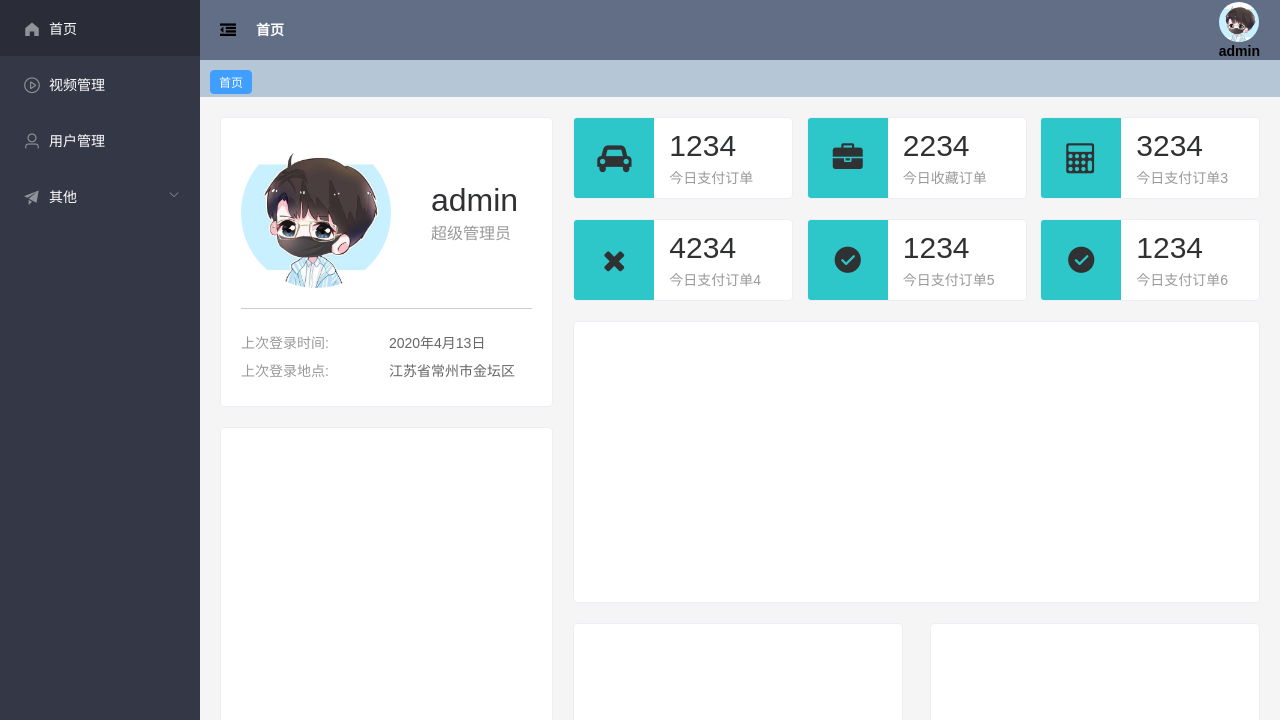
Repository: coWhy/vue-manage
Page: /
The author's editor kept a copy of each file at every save. The page is drawn from the files as they stood at one save, then again after the next save.
The browser window is 1280 px wide. The pictures show the whole page.
An inner scrolling area shows only its first screen. The project was rebuilt for these pictures with package versions that can differ from the ones it lists, and the page was loaded fresh each time. Also part of the build but not shown: vue.config.js.

Above is the page before, as saved 2020-04-13 23:56:14.

### src/main.js
import Vue from 'vue'
import App from './App.vue'
import router from './router'
import store from './store'
// 全局配置样式
import '@/assets/scss/reset.scss'
import '@/assets/font-awesome-4.7.0/css/font-awesome.css'
// 第三方包
import ElementUI from 'element-ui'
import 'element-ui/lib/theme-chalk/index.css'
// 自定义全局插件
import http from '@/plugins/http' // 自定义全局axios
// 引入Mock 主要是用于前端模拟使用 使用时 记得注释掉
import './mock'

Vue.config.productionTip = false
Vue.use(http)
console.log(
  `当前所处开发环境:【${process.env.NODE_ENV}】| 路由为: 【${process.env.VUE_APP_URL}】`
)
Vue.use(ElementUI)
new Vue({
  router,
  store,
  render: h => h(App)
}).$mount('#app')

### src/App.vue
<template>
  <div id="app">
    <router-view />
  </div>
</template>

<style lang="scss">
#app {
  // color: $theme-color;
  height: 100vh;
}
</style>

### src/router/index.js
import Vue from 'vue'
import VueRouter from 'vue-router'
//
const originalPush = VueRouter.prototype.push
VueRouter.prototype.push = function push(location) {
  return originalPush.call(this, location).catch(err => err)
}
Vue.use(VueRouter)

const routes = [
  {
    path: '/',
    component: () => import('@/views/layout/index'),
    children: [
      {
        path: '/',
        name: 'home',
        component: () => import('@/views/home/index')
      },
      {
        path: '/video',
        name: 'video',
        component: () => import('@/views/video/index')
      },
      {
        path: '/user',
        name: 'user',
        component: () => import('@/views/user/index')
      },
      {
        path: '/page1',
        name: 'page1',
        component: () => import('@/views/other/page1')
      },
      {
        path: '/page2',
        name: 'page2',
        component: () => import('@/views/other/page2')
      }
    ]
  }
]

const router = new VueRouter({
  routes
})

export default router

### src/store/index.js
import Vue from 'vue'
import Vuex from 'vuex'
import tag from './modules/tag'
Vue.use(Vuex)

export default new Vuex.Store({
  state: {},
  mutations: {},
  actions: {},
  modules: {
    tag
  }
})

### src/plugins/http.js
// 自定义开发插件
import axios from 'axios'

const MyHttpServer = {}

MyHttpServer.install = Vue => {
  // 基准地址
  // axios.defaults.baseURL = process.env.VUE_APP_URL
  const service = axios.create({
    baseURL: process.env.VUE_APP_URL, //请求基础url
    timeout: 3000 //  请求超时时间
  })
  // 添加请求拦截器 token拦截
  service.interceptors.request.use(
    config => {
      return config
    },
    err => {
      console.log(err)
    }
  )
  // 响应拦截器
  service.interceptors.response.use(
    response => {
      let res = {}
      //  此处对不同状态码 进行不同的操作 比如404 跳转页面等
      res.status = response.status
      res.data = response.data
      return res
    },
    err => {
      console.log(err)
    }
  )
  Vue.prototype.$http = axios
}
export default MyHttpServer

### src/mock/index.js
import Mock from 'mockjs'
import homeApi from './home'
Mock.setup({
  timeout: '200-2000' // 设置延时 [200 - 2000ms]
})
// 首页相关
// 拦截 /home/getData
Mock.mock('/home/getData', 'get', homeApi.getHomeData) // /\/home\/getData/.

### src/assets/scss/_variable.scss
// 全局配置样式 修改主题颜色
$theme-color: #33aef0;

### src/views/layout/index.vue
<template>
  <el-container class="container">
    <!-- 左侧菜单栏 -->
    <el-aside width="auto">
      <common-aside></common-aside>
    </el-aside>
    <el-container>
      <!-- 头部 -->
      <el-header class="header">
        <common-header></common-header>
      </el-header>
      <!-- Tab标签 -->
      <common-tag class="tag"></common-tag>
      <!-- 主体 -->
      <el-main>
        <router-view></router-view>
      </el-main>
    </el-container>
  </el-container>
</template>

<script>
import CommonAside from './components/aside/index'
import CommonHeader from './components/header/index'
import CommonTag from './components/tag/index'
export default {
  components: {
    CommonAside,
    CommonHeader,
    CommonTag
  }
}
</script>

<style lang="scss" scoped>
.container {
  height: 100%;
}
.header {
  background-color: #626e85; // 头部背景色
  width: 100%;
}
.main {
  padding-top: 0;
}
</style>

### src/views/home/index.vue
<template>
  <el-row class="home" :gutter="20">
    <!-- 左侧 -->
    <el-col :span="8">
      <!-- 用户信息描述 -->
      <el-card shadow="hover" style="height:290px">
        <!-- 头像部分 -->
        <div class="user">
          <img :src="userInfo.avatar" />
          <div class="userinfo">
            <p class="name">{{ userInfo.username }}</p>
            <p class="access">{{ userInfo.access }}</p>
          </div>
        </div>
        <!-- 登录后的相关信息描述 如ip 等-->
        <div class="login-info">
          <p>上次登录时间:<span>2020年4月13日</span></p>
          <p>上次登录地点:<span>江苏省常州市金坛区</span></p>
        </div>
      </el-card>
      <el-card shadow="hover" style="height:438px;margin-top:20px"> </el-card>
    </el-col>
    <!-- 右侧 -->
    <el-col :span="16">
      <!-- 顶部  -->
      <div class="num">
        <el-card
          shadow="hover"
          v-for="item in countData"
          :key="item.name"
          :body-style="{ display: 'flex', padding: 0 }"
        >
          <!-- 图标部分 -->
          <i
            class="icon"
            :class="item.icon"
            :style="{ background: item.color }"
          ></i>
          <!-- 详情部分  -->
          <div class="detail">
            <p class="num">{{ item.value }}</p>
            <p class="txt">{{ item.name }}</p>
          </div>
        </el-card>
      </div>
      <!-- 底部 -->
      <el-card shadow="hover">
        <!-- 图表 -->
        <div style="height:240px"></div>
      </el-card>
      <div class="graph">
        <el-card shadow="hover">
          <div style="height:200px"></div>
        </el-card>
        <el-card shadow="hover">
          <div style="height:200px"></div>
        </el-card>
      </div>
    </el-col>
  </el-row>
</template>

<script>
export default {
  data() {
    return {
      // 用户信息
      userInfo: {
        username: 'admin', // 用户名
        avatar: require('@/assets/images/user.jpg'), // 用户头像
        access: '超级管理员' // 登录权限
      },
      countData: [
        {
          name: '今日支付订单',
          value: 1234,
          icon: 'fa fa-car',
          color: '#2ec7c9'
        },
        {
          name: '今日收藏订单',
          value: 2234,
          icon: 'fa fa-briefcase',
          color: '#2ec7c9'
        },
        {
          name: '今日支付订单3',
          value: 3234,
          icon: 'fa fa-calculator',
          color: '#2ec7c9'
        },
        {
          name: '今日支付订单4',
          value: 4234,
          icon: 'fa fa-times',
          color: '#2ec7c9'
        },
        {
          name: '今日支付订单5',
          value: 1234,
          icon: 'el-icon-success',
          color: '#2ec7c9'
        },
        {
          name: '今日支付订单6',
          value: 1234,
          icon: 'el-icon-success',
          color: '#2ec7c9'
        }
      ]
    }
  },
  methods: {
    async getVideoData() {
      const res = await this.$http.get('/home/getData')
      console.log(res)
    }
  },
  created() {
    this.getVideoData()
  }
}
</script>

<style lang="scss" scoped>
@import '~@/assets/scss/home';
</style>

### src/store/modules/tag.js
export default {
  state: {
    isCollapse: false, // 左侧菜单栏是否折叠
    curMenu: null, // 点击选中的菜单
    menuList: [], // 全部菜单
    tagList: [
      // 首页是不可关闭的
      {
        path: '/',
        name: 'home',
        title: '首页',
        icon: 'el-icon-s-home'
      }
    ] // 存放tags 点击后 就存到里面去
  },
  mutations: {
    // 点击 菜单之后 对应的tab 标签也要 进入 tabList 进行存放
    // 首页 不加入tabList
    getMenu(state, selectedMenu) {
      if (selectedMenu.name !== 'home') {
        state.curMenu = selectedMenu
        let result = state.tagList.findIndex(
          item => item.name === selectedMenu.name
        )
        if (result === -1) {
          // 没找到这个tag 就放进tagList
          state.tagList.push(selectedMenu)
        }
      } else {
        state.curMenu = null
      }
    },
    // 关闭选中的tag
    closeTag(state, selectedTag) {
      // if (selectedTag.name !== 'home') {
      // }
      // 找到tag的索引 进行删除
      let result = state.tagList.findIndex(
        item => item.name === selectedTag.name
      )
      state.tagList.splice(result, 1)
    },
    // 折叠左侧菜单栏
    collapseAsideMenu(state) {
      state.isCollapse = !state.isCollapse
    }
  },
  actions: {},
  modules: {}
}

### src/mock/home.js
import Mock from 'mockjs'
export default {
  getHomeData: () => {
    return {
      code: 20000,
      data: [
        {
          name: 'SpringBoot',
          value: Mock.Random.float(1000, 10000, 0, 2)
        },
        {
          name: 'SpringBoot',
          value: Mock.Random.float(1000, 10000, 0, 2)
        },
        {
          name: 'React',
          value: Mock.Random.float(1000, 10000, 0, 2)
        },
        {
          name: 'Vue',
          value: Mock.Random.float(1000, 10000, 0, 2)
        },
        {
          name: '微信小程序',
          value: Mock.Random.float(1000, 10000, 0, 2)
        },
        {
          name: 'Es6',
          value: Mock.Random.float(1000, 10000, 0, 2)
        },
        {
          name: 'Java',
          value: Mock.Random.float(1000, 10000, 0, 2)
        }
      ]
    }
  }
}

### src/views/layout/components/aside/index.vue
<template>
  <el-menu
    default-active="2"
    class="el-menu-vertical-demo"
    :background-color="asideSetting.bgColor"
    :text-color="asideSetting.texteColor"
    :active-text-color="asideSetting.activeTextColor"
    :collapse="isCollapse"
  >
    <!-- 这是没有子级菜单的
    handleClickMenu(item) 将选中的菜单元素存入store中的menu 用于tab使用
    由于 分两种情况 所以 下面两种 都需要加上handleClickMenu 事件
    v-for="item in noChildrenList" 遍历元素列表
    :index="item.path"  路由相关
    :key="item.title" 索引 避免重复
    -->
    <!-- noChildrenList -->
    <el-menu-item
      :index="item.path"
      v-for="item in noChildrenList"
      :key="item.title"
      @click="handleClickMenu(item)"
    >
      <i :class="item.icon"></i>
      <span slot="title">{{ item.title }}</span>
    </el-menu-item>
    <!-- hasChildrenList -->
    <el-submenu
      :index="item.title"
      v-for="item in hasChildrenList"
      :key="item.title"
    >
      <template slot="title">
        <i :class="item.icon"></i>
        <span slot="title">{{ item.title }}</span>
      </template>
      <el-menu-item-group>
        <el-menu-item
          :index="subItem.path"
          v-for="subItem in item.children"
          :key="subItem.title"
          @click="handleClickMenu(subItem)"
        >
          <i :class="subItem.icon"></i>
          <span slot="title">{{ subItem.title }}</span>
        </el-menu-item>
      </el-menu-item-group>
    </el-submenu>
  </el-menu>
</template>

<script>
export default {
  computed: {
    noChildrenList() {
      // asideMenuList 没有 子级菜单
      return this.asideMenuList.filter(item => !item.children)
    },
    hasChildrenList() {
      // asideMenuList 有 子级菜单
      return this.asideMenuList.filter(item => item.children)
    },
    // 取出vuex中的是否折叠isCollapse
    isCollapse() {
      return this.$store.state.tag.isCollapse
    }
  },
  data() {
    return {
      asideSetting: {
        bgColor: '#343746', // 侧边栏背景颜色
        activeTextColor: '#4ffffb', // 选中字体的颜色
        texteColor: '#fff' // 默认字体颜色
      },
      //侧边栏菜单列表
      asideMenuList: [
        {
          path: '/',
          name: 'home',
          title: '首页',
          icon: 'el-icon-s-home'
        },
        {
          path: '/video',
          name: 'video',
          title: '视频管理',
          icon: 'el-icon-video-play'
        },
        {
          path: '/user',
          name: 'user',
          title: '用户管理',
          icon: 'el-icon-user'
        },
        {
          title: '其他',
          icon: 'el-icon-s-promotion',
          children: [
            {
              path: '/page1',
              name: 'page1',
              title: '页面1',
              icon: 'el-icon-setting'
            },
            {
              path: '/page2',
              name: 'page2',
              title: '页面2',
              icon: 'el-icon-setting'
            }
          ]
        }
      ]
    }
  },
  methods: {
    // 选中菜单 传入store
    handleClickMenu(item) {
      // 跳转到指定的页面
      this.$router.push({ name: item.name })
      this.$store.commit('getMenu', item)
    }
  }
}
</script>

<style lang="scss" scoped>
.el-menu {
  // 菜单占满容器
  height: 100%;
  border: none;
}
// 折叠样式
.el-menu-vertical-demo:not(.el-menu--collapse) {
  width: 200px;
  min-height: 400px;
}
</style>

### src/views/layout/components/header/index.vue
<template>
  <header class="header">
    <div class="l-content">
      <!-- 折叠标签 可以折叠左侧菜单栏 折叠：fa fa-outdent 展开： fa fa-indent -->
      <i
        :class="
          $store.state.tag.isCollapse === true
            ? 'fa fa-indent'
            : 'fa fa-outdent '
        "
        aria-hidden="true"
        @click="collapseAsideMenu()"
      ></i>
      <!-- 面包屑导航 -->
      <el-breadcrumb separator="/">
        <!-- 默认保留一个 首页 -->
        <el-breadcrumb-item :to="{ path: '/' }">首页</el-breadcrumb-item>
        <!-- curMenu 不为null的时候才渲染出来 -->
        <el-breadcrumb-item :to="curMenu.path" v-if="curMenu">
          {{ curMenu.title }}
        </el-breadcrumb-item>
      </el-breadcrumb>
    </div>
    <!-- 用户部分 头像 下拉菜单 等 -->
    <div class="r-content">
      <el-dropdown trigger="click" size="mini">
        <span class="el-dropdown-link">
          <!-- 用户头像 和 用户名 动态获取 -->
          <img :src="userInfo.avatar" class="avatar" />
          <span class="name">{{ userInfo.username }}</span>
        </span>
        <el-dropdown-menu slot="dropdown">
          <el-dropdown-item>个人中心</el-dropdown-item>
          <el-dropdown-item>退出登录</el-dropdown-item>
        </el-dropdown-menu>
      </el-dropdown>
    </div>
  </header>
</template>

<script>
import { mapState } from 'vuex'
export default {
  computed: {
    ...mapState({
      curMenu: state => state.tag.curMenu // 选中的菜单对象
    })
  },
  data() {
    return {
      // 用户信息
      userInfo: {
        username: 'admin', // 用户名
        avatar: require('@/assets/images/user.jpg') // 用户头像
      }
    }
  },
  methods: {
    // 折叠左侧菜单栏
    collapseAsideMenu() {
      this.$store.commit('collapseAsideMenu')
    }
  }
}
</script>

<style lang="scss" scoped>
.header {
  display: flex;
  height: 100%;
  align-items: center;
  justify-content: space-between;
}
.l-content {
  // width: 380;
  display: flex;
  align-items: center;
  i {
    margin-right: 20px;
  }
  justify-content: space-between;
}
.r-content {
  .avatar {
    width: 40px;
    height: 40px;
    border-radius: 50%;
  }
  .name {
    display: flex;
    height: 100%;
    color: black;
    font-weight: bolder;
    align-items: center;
  }
}
</style>
<style lang="scss">
.el-breadcrumb__item {
  .el-breadcrumb__inner {
    color: #b9d0fb;
    font-weight: normal;
  }
  &:last-child {
    .el-breadcrumb__inner {
      color: #ffffff;
      font-weight: bolder;
    }
  }
}
</style>

### src/views/layout/components/tag/index.vue
<template>
  <div class="tags">
    <!--  tabs标签
  不是首页才可以关闭
  选中tag颜色变化 :effect="$route.name === tag.name ? 'dark' : 'plain'"
  -->
    <el-tag
      size="small"
      :key="tag.name"
      v-for="tag in tagList"
      :closable="tag.name !== 'home'"
      :disable-transitions="false"
      @close="handleClose(tag)"
      @click="changeMenu(tag)"
      :effect="$route.name === tag.name ? 'dark' : 'plain'"
    >
      {{ tag.title }}
    </el-tag>
  </div>
</template>

<script>
import { mapState, mapMutations } from 'vuex'
export default {
  computed: {
    ...mapState({
      tagList: state => state.tag.tagList
    })
  },
  data() {
    return {}
  },
  methods: {
    ...mapMutations({
      closeTag: 'closeTag'
    }),
    // 关闭tag
    handleClose(tag) {
      this.closeTag(tag)
    },
    changeMenu(tag) {
      this.$store.commit('getMenu', tag)
      this.$router.push({ name: tag.name })
    }
  }
}
</script>

<style lang="scss" scoped>
.tags {
  background-color: #b5c6d6;
  position: relative;
  height: 42px;
  border: none;
  overflow: hidden;
  padding: 10px;
  .el-tag {
    padding-top: 1px;
    padding-bottom: 1px;
    margin-right: 15px;
    cursor: pointer;
  }
}
</style>

### src/assets/scss/home.scss
.home {
  .user {
    display: flex;
    align-items: center;
    padding-bottom: 20px;
    margin-bottom: 20px;
    border-bottom: 1px solid #ccc;
    img {
      width: 150px;
      height: 150px;
      border-radius: 50%;
      margin-right: 40px;
    }
    &info {
      .name {
        font-size: 32px;
        margin-bottom: 10px;
      }
      .access {
        color: #999999;
      }
    }
  }
  .login-info {
    p {
      line-height: 28px;
      font-size: 14px;
      color: #999999;
      span {
        color: #666666;
        margin-left: 60px;
      }
    }
  }
  .num {
    display: flex;
    flex-wrap: wrap;
    justify-content: space-between;
    .el-card {
      width: 32%;
      margin-bottom: 20px;
      // /deep/ .el-card__body {
      //   display: flex;
      // }
    }
    .icon {
      font-size: 30px;
      width: 80px;
      height: 80px;
      text-align: center;
      line-height: 80px;
      // color: #fff;
    }
    .detail {
      margin-left: 15px;
      display: flex;
      flex-direction: column;
      justify-content: center;
      .num {
        font-size: 30px;
        margin-bottom: 10px;
      }
      .txt {
        font-size: 14px;
        text-align: center;
        color: #999999;
      }
    }
  }
  .graph {
    margin-top: 20px;
    display: flex;
    justify-content: space-between;
    .el-card {
      width: 48%;
    }
  }
}

Loaded but not shown: public/index.html (common file); src/assets/scss/reset.scss (common file); src/assets/font-awesome-4.7.0/css/font-awesome.css (library)

After the next save:
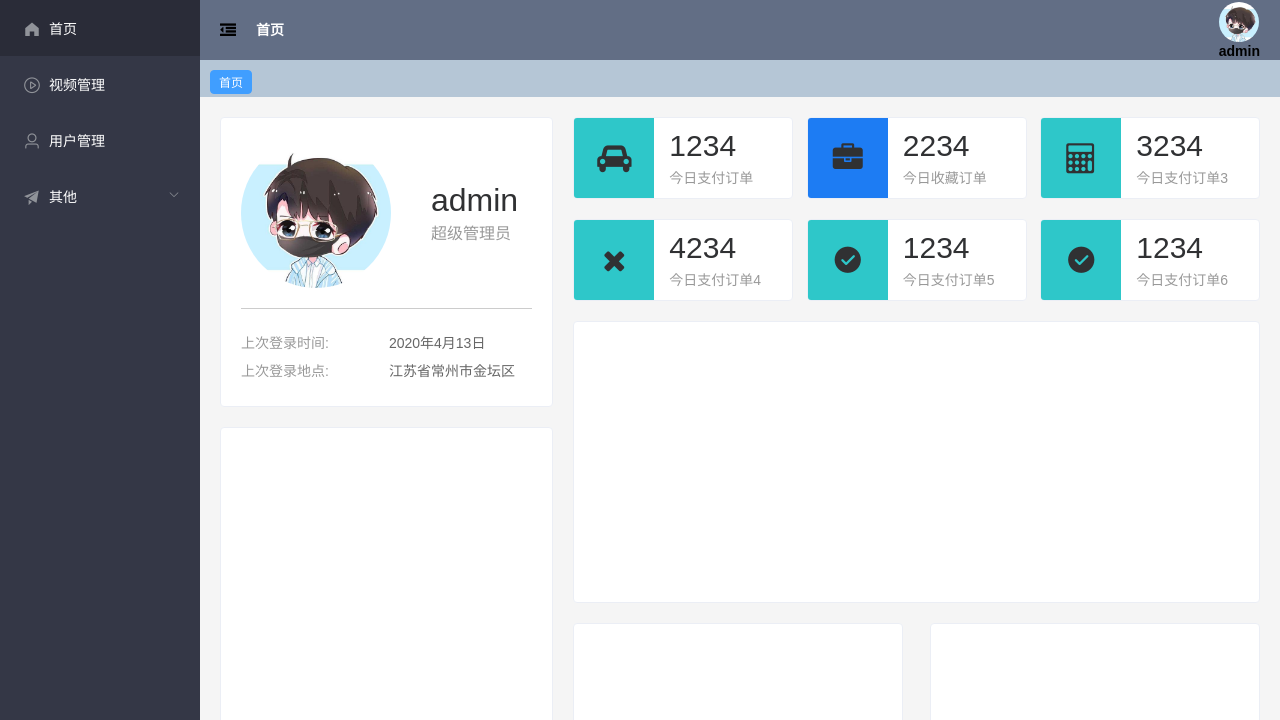
Saved 9 s later.
--- a/src/views/home/index.vue
+++ b/src/views/home/index.vue
@@ -81,7 +81,7 @@ export default {
           name: '今日收藏订单',
           value: 2234,
           icon: 'fa fa-briefcase',
-          color: '#2ec7c9'
+          color: '#1d7cf3'
         },
         {
           name: '今日支付订单3',
